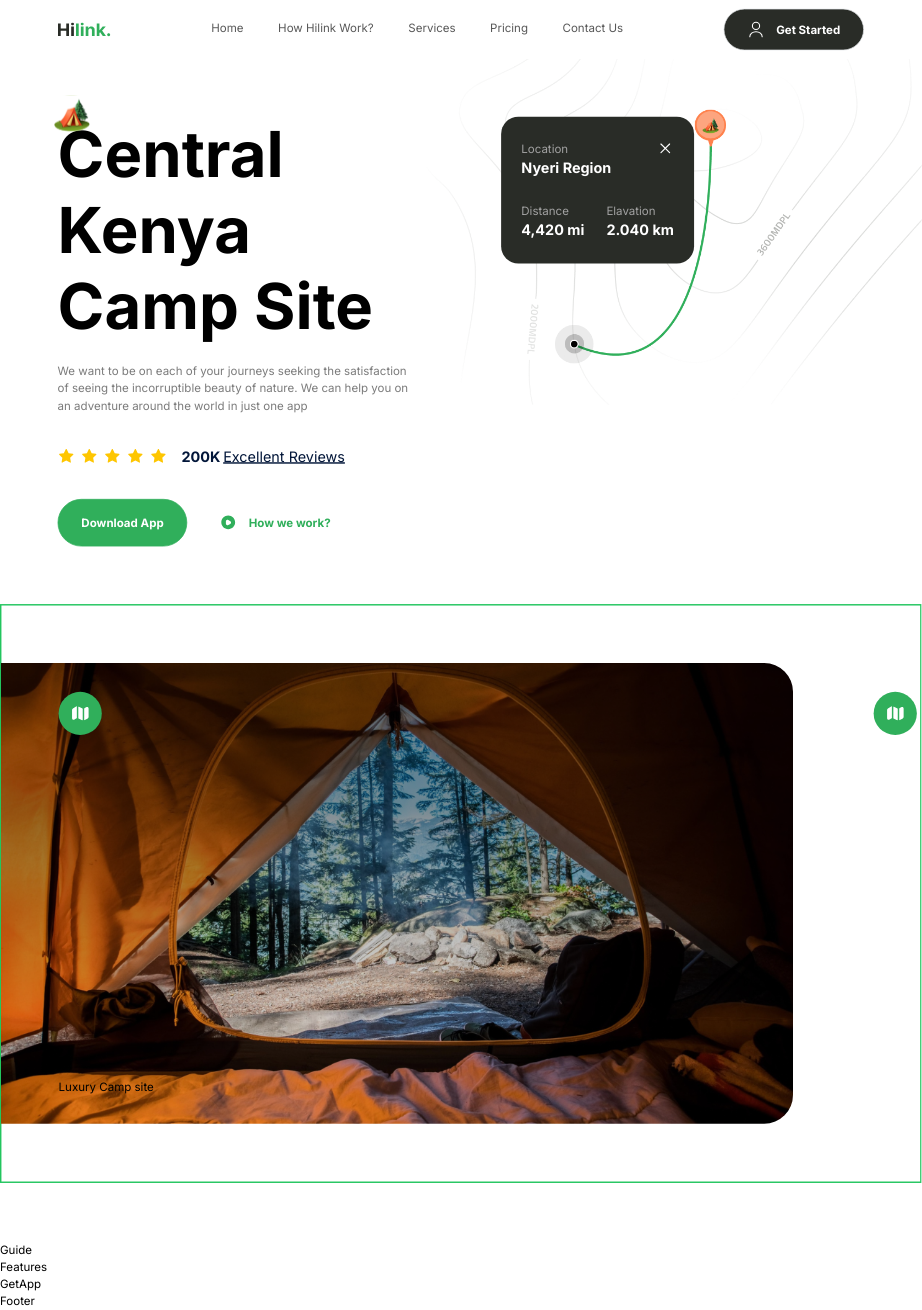
Repository: martin-raphael/travel_agency
Page: /
An editor plug-in stored every save of this project. The page is shown before and after the next save, followed by the edit.
The browser window is 1280 px wide. The pictures show the whole page, at 72% of full size.
The project was rebuilt for these pictures with package versions that can differ from the ones it lists, and the page was loaded fresh each time. The framework's server and built-in components were replaced by stand-ins that run in the browser. Also part of the build but not shown: next.config.mjs.

Above is the page before, as saved 2024-08-08 19:33:45.

After the next save:
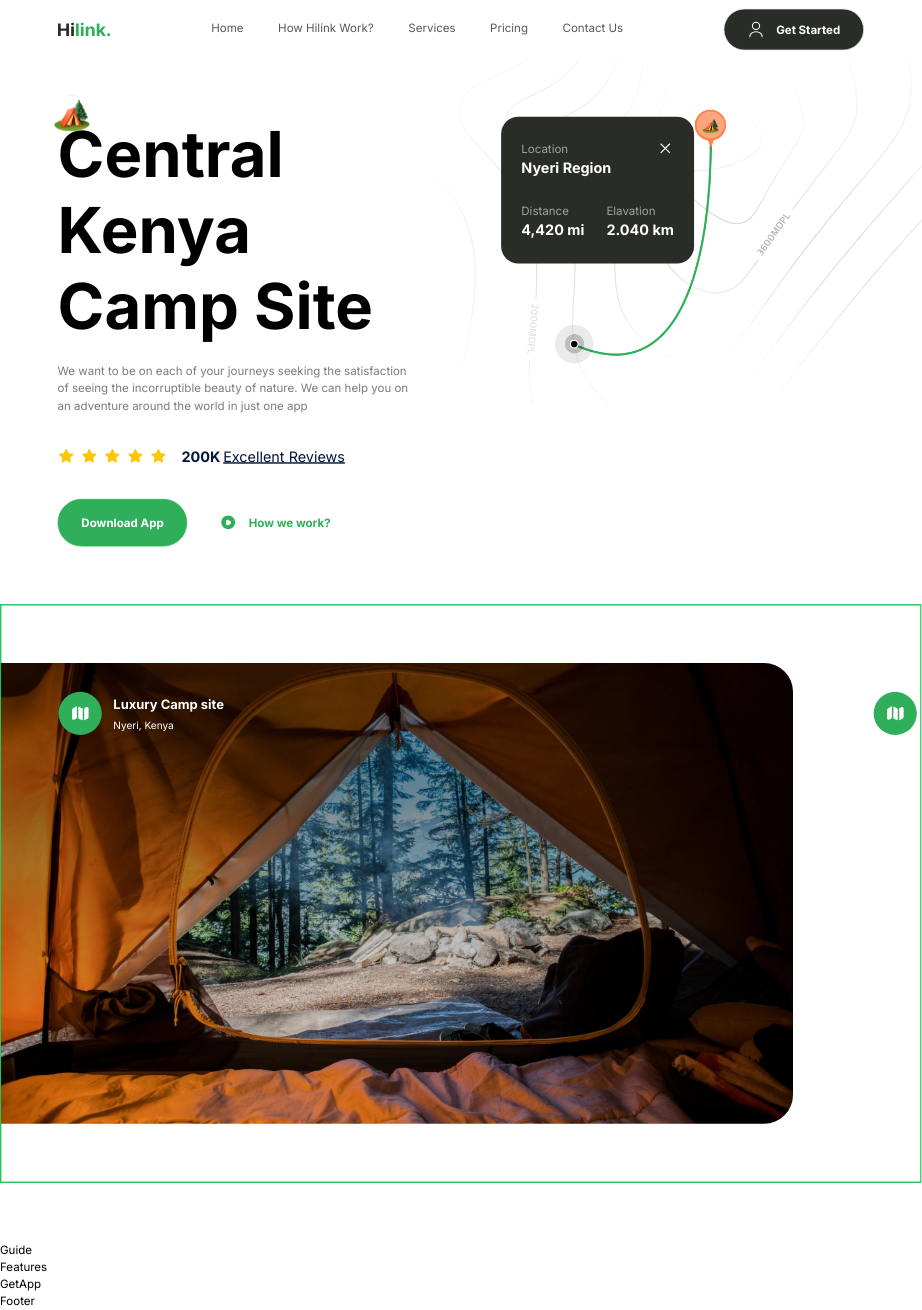
Saved 6 min 30 s later.
--- a/components/Camp.tsx
+++ b/components/Camp.tsx
@@ -13,10 +13,15 @@ const CampSite = ({backgroundImage, title,subtitle,peopleJoined}: CampProps) =>{
     <div className='flex h-full flex-col items-start justify-between p-6 lg:px-20 lg:py-10' >
       <div className='flexCenter gap-4'>
         <div className='rounded-full bg-green-50 p-4'>
-          <Image src="/folded-map.svg" alt='map' width={28} height={28}/>
+          <Image
+          src="/folded-map.svg"
+          alt='map' width={28} height={28}/>
+        </div>
+        <div className='flex flex-col gap-1'>
+          <h4 className='bold-18 text-white'> {title}</h4>
+          <p className='regular-14 text-white'> {subtitle}</p>
         </div>
       </div>
-      {title}
       </div>
     </div>
 }
